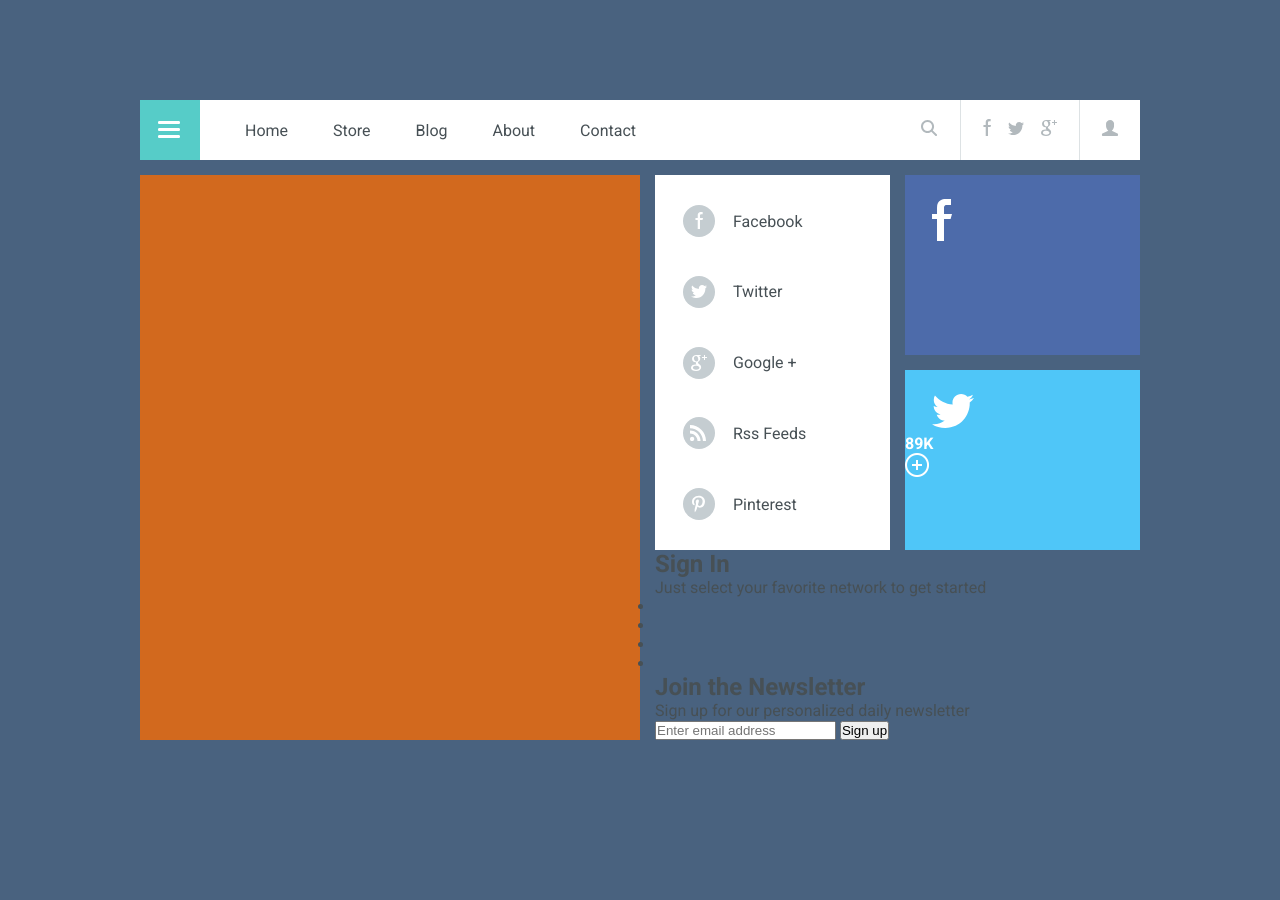
Repository: pawelczubak/WeeklyWebDevChallenge
Page: Challenge_4/index.html
An editor plug-in stored every save of this project. The page is shown before and after the next save, followed by the edit.
The browser window is 1280 px wide. The pictures show the whole page.
Some web libraries are served in a nearby version.

Above is the page before, as saved 2020-04-28 10:35:14.

After the next save:
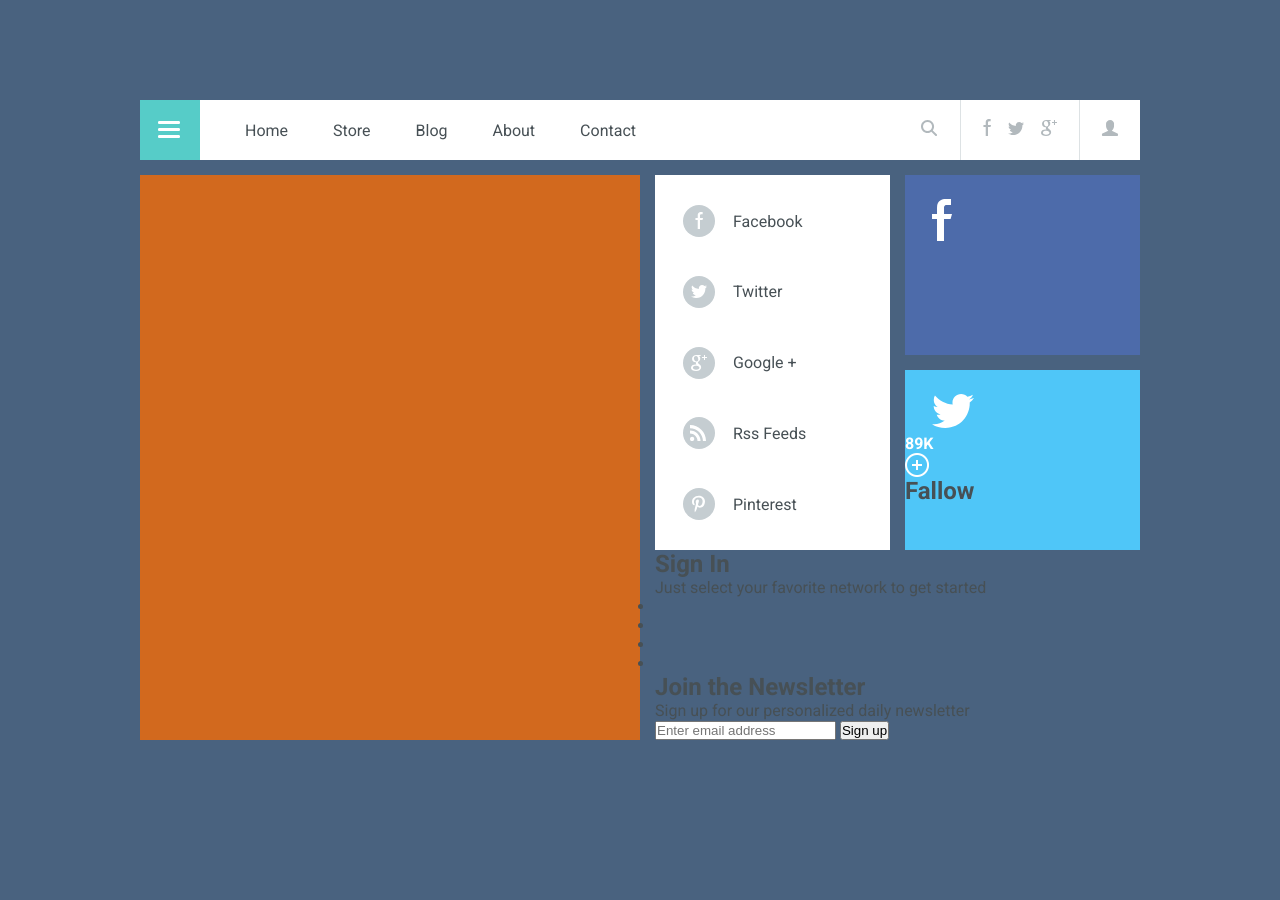
Saved 31 s later.
--- a/Challenge_4/css/main.css
+++ b/Challenge_4/css/main.css
@@ -245,22 +245,22 @@ body {
 
 
 
-.test__h1 {
+.fallow-user__fallow {
     position: relative;
 }
 
-.test__h1::before {
+.fallow-user__fallow::before {
     position: absolute;
     content: 'Fallow';
     top: 0;
     left: 0;
 }
 
-.test__h1--active {
+.fallow-user__fallow--active {
     position: relative;
 }
 
-.test__h1--active::before {
+.fallow-user__fallow--active::before {
     position: absolute;
     content: 'Fallowing';
     top: 0;
